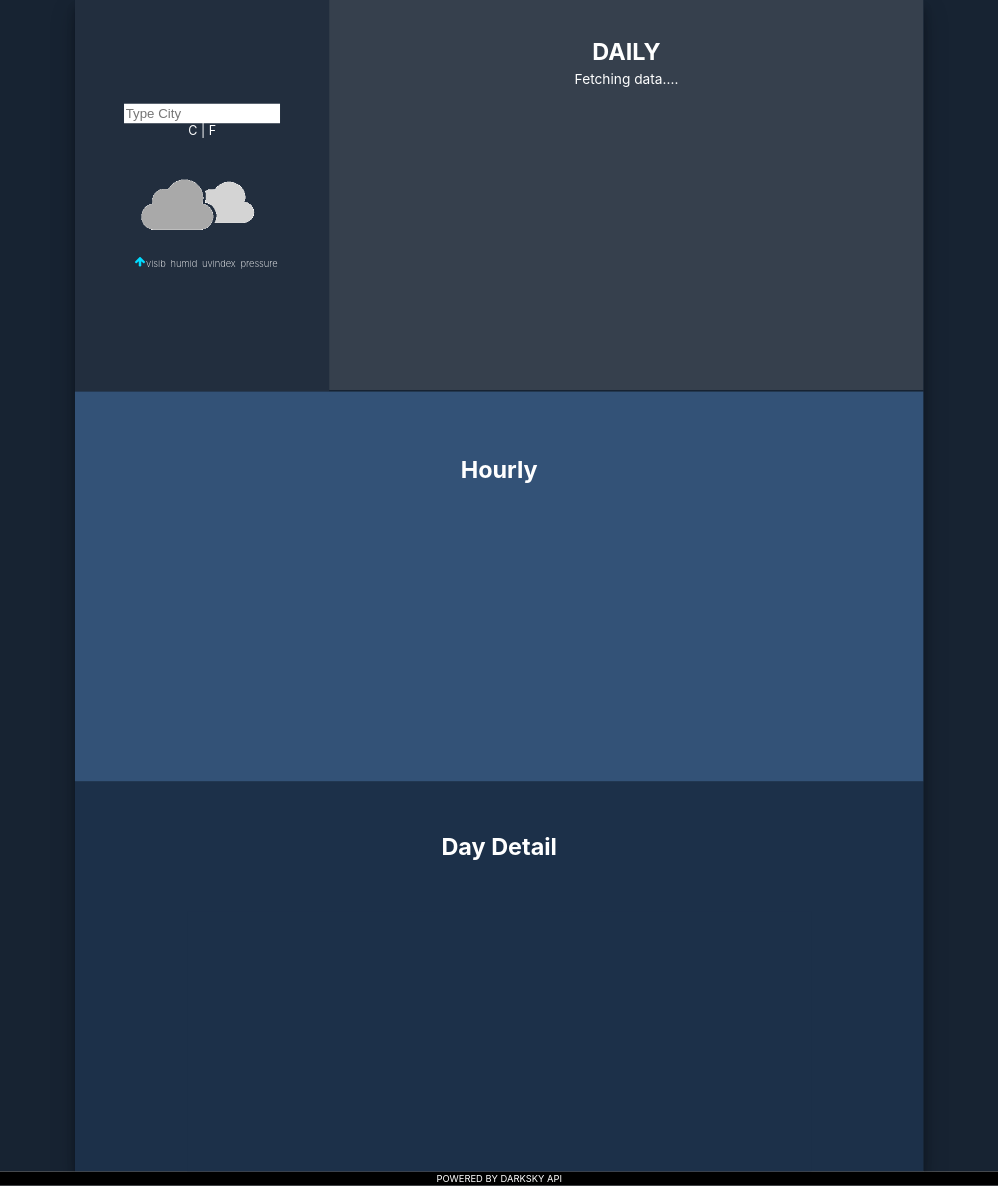
Repository: DOODpls/assignment3_weather
Page: index.html
An editor plug-in stored every save of this project. The page is shown before and after the next save, followed by the edit.
The browser window is 1280 px wide. The pictures show the whole page, at 78% of full size.
Some web fonts or font styles are not loaded; a fallback is used. Some web libraries are served in a nearby version.

Above is the page before, as saved 2020-01-07 19:21:27.

### index.html
<!DOCTYPE html>
<html lang="en">
    <head>
        <meta charset="UTF-8" />
        <meta name="viewport" content="width=device-width, initial-scale=1.0" />
        <meta http-equiv="X-UA-Compatible" content="ie=edge" />
        <script src="https://ajax.googleapis.com/ajax/libs/jquery/1/jquery.min.js" type="text/javascript"></script>
        <script src="https://ajax.googleapis.com/ajax/libs/jqueryui/1.10.3/jquery-ui.min.js"></script>
        <title>The Weathering</title>
        <link rel="shortcut icon" href="./icons/favicon.ico" />
        <link
            rel="stylesheet"
            href="https://cdnjs.cloudflare.com/ajax/libs/bulma/0.7.5/css/bulma.min.css"
            integrity="sha256-vK3UTo/8wHbaUn+dTQD0X6dzidqc5l7gczvH+Bnowwk="
            crossorigin="anonymous"
        />
        <link
            rel="stylesheet"
            href="https://cdnjs.cloudflare.com/ajax/libs/open-iconic/1.1.1/font/css/open-iconic.min.css"
            integrity="sha256-CfN2r6i/dqkUHVRqpBzO3w21SnIWalwGfj5ScBPVzmI="
            crossorigin="anonymous"
        />
        <link rel="stylesheet" href="styles.css" />
    </head>
    <body>
        <div class="page">
            <div class="main-container">
                <div class="today-container">
                    <div class="today-stage">
                      <form action="" method="post" name="form_citydetails" id="form_citydetails" enctype="multipart/form-data" onsubmit="return false;">
                        <input class="ff_elem city-text" type="text" name="ff_nm_from[]" value="" id="f_elem_city" placeholder="Type City" onkeydown="search(this)"/>
                        </form>
                      <div class="unitswitcher">
                        <div class="celcius" id='cell'>C</div>
                        <br>
                        <p>&nbsp;|&nbsp;</p>
                        <div class="farenheight" id="farr">F</div>
                      </div>
                        <div class="info-holder">
                          <div class="preload"></div>
                          <canvas id="icon0" width="150" height="150"></canvas>
                          <p class="city"></p>
                          <p class="today-temp"></p>
                          <p class="today-description"></p>
                          <p class="today-minmax"></p>
                          <div class="sub-info">
                          <p class="app-temp"></p>
                          <div class="wind-holder">
                            <p class="wind-speed"></p>
                            <div class="wind-direction"></div>
                          </div>
                          <p class="visibility">visib</p>
                          <p class="humidity">humid</p>
                          <p class="uvindex">uvindex</p>
                          <p class="pressure">pressure</p>
                          </div>
                        </div>
                    </div>
                </div>

                <div class="week-container">
                  <p class="daily-title">DAILY</p>
                  <p class="week-summary">Fetching data....</p>
                  <div class="week-stage" id="week-stages">
                  </div>
                </div>
                <div class="hourly-container">
                  <p class="daily-title">Hourly</p>
                  <div class="hourly-row"></div>
                </div>
                <div class="day-details">
                  <div class="titlebar">
                    <p class="daily-title">Day Detail</p>
                    <p class="day-summ"></p>
                  </div>
                  <div class="summary-flex">
                  <div class="melovesomeclouds">
                    <p class="habanero"></p> <!-- have to name it like this bc for some readon uvindex(whatever) wont work  -->
                    <p class="cloud-cover"></p>
                  </div>

                  <div class="sunny">
                    <p class="sunrise"></p>
                    <p class="sunset"></p>
                  </div>

                  <div class="airwater">
                    <p class="humidity2"></p>
                    <p class="dew-point"></p>
                  </div>

                  <div class="wind">
                    <p class="ave-windspeed"></p>
                    <p class="ave-windgust"></p>
                  </div>
                </div>
                </div>
            </div>
        </div>
        <footer class="foooterrr">
          <a href="https://darksky.net/dev">POWERED BY DARKSKY API</a>
        </footer>
        <script src="./skycons.js"></script>
        <script src="./app.js"></script>
    </body>
</html>

### styles.css

.page {
  display: flex;
  color: white;
  justify-content: center;
  flex-wrap: wrap;
  background-color: #172332;
  width: 100%;
  height: 100%;
  overflow: hidden;
}
.main-container {
  height: 100%;
  width: 85vw;
  overflow-y: hidden;
  box-sizing: content-box;
  display: flex;
  justify-content: flex-start;
  flex-wrap: wrap;
  box-shadow: 0 14px 28px rgba(0, 0, 0, 0.25), 0 10px 10px rgba(0, 0, 0, 0.22);
}
.today-container {
  flex: 30%;
  display: flex;
  height: 502px;
  background: #222e3e;
  justify-content: center;
  align-items: center;
  overflow: hidden;
}
.unitswitcher{
  color: white;
  display: flex;
  justify-content: center;
}
.celcius, .farenheight{
  text-decoration: none;
  color: white;
}
.celcius:hover, .farenheight:hover{
  color: rgb(161, 161, 161);
}
.ui-helper-hidden-accessible{
  visibility: hidden;
  position: absolute;
}


.ui-autocomplete {
  position: absolute;
  top: 100%;
  left: 0;
  z-index: 1000;
  float: left;
  display: none;
  min-width: 160px;
  padding: 4px 0;
  margin: 0 0 10px 25px;
  list-style: none;
  background-color: #36404d;
  border-color: #ccc;
  border-color: rgba(0, 0, 0, 0.2);
  border-style: solid;
  border-width: 1px;
  -webkit-border-radius: 5px;
  -moz-border-radius: 5px;
  border-radius: 5px;
  -webkit-box-shadow: 0 5px 10px rgba(0, 0, 0, 0.2);
  -moz-box-shadow: 0 5px 10px rgba(0, 0, 0, 0.2);
  box-shadow: 0 5px 10px rgba(0, 0, 0, 0.2);
  -webkit-background-clip: padding-box;
  -moz-background-clip: padding;
  background-clip: padding-box;
  *border-right-width: 2px;
  *border-bottom-width: 2px;
}

.ui-menu-item > a.ui-corner-all {
  display: block;
  padding: 3px 15px;
  clear: both;
  font-weight: normal;
  line-height: 18px;
  color: #ffffff;
  white-space: nowrap;
  text-decoration: none;
}

.ui-state-hover, .ui-state-active {
  color: #ffffff;
  text-decoration: none;
  background-color: #0088cc;
  border-radius: 0px;
  -webkit-border-radius: 0px;
  -moz-border-radius: 0px;
  background-image: none;
}


.preload{
  background-image: url(./preloader.gif);
  height: 170px;
  width: 170px;
  background-size: 170px;
  position: absolute;
  top: 0;
  display: none;
}
.today-stage {
    position: relative;
    /* background: rgba(0, 0, 0, 0.2); */
}
/* #icon1{
  background-image: url(./preloader.gif);
  background-size: 150px;
} */
.today-icon {
    font-size: 140px;
    opacity: 0.17;
}
.city{
  transition-duration: .5s;
}
.today-temp {
    font-weight: 900;
    font-size: 50px;
    transition-duration: .5s;
}

.info-holder{
  display: flex;
  flex-direction: column;
  justify-content: center;
  align-items: center;
  position: relative;
}
.city-text{
  border-radius: 0px;
  width: 200px;
  height: 25px;
  font-family: Arial, Helvetica, sans-serif;
  font-size: 17px;
  color: #555;
  border: none;
  box-sizing: border-box;
  position: absolute;
  top: -22px;
}
.sub-info{
  display: flex;
  justify-content: space-around;
  flex-direction: row;
  flex-wrap: wrap;
  width: 200px;
  transition-duration: .5s;
}
.app-temp{
    font-weight: 200;
    font-size: 12px;
}
.visibility{
  font-weight: 200;
  font-size: 12px;
}
.humidity{
  font-weight: 200;
  font-size: 12px;
}
.uvindex{
  font-weight: 200;
  font-size: 12px;
}
.pressure{
  font-weight: 200;
  font-size: 12px;
}
.today-minmax {
    font-weight: 400;
    font-size: 18px;
    opacity: 0.4;
    left: 0;
    transition-duration: .5s;
}
.today-description {
    font-weight: 400;
    font-size: 18px;
    transition-duration: .5s;
}
.wind-holder{
  display: flex;
  flex-direction: row;
}
.wind-direction{
    background-image: url('./icons/general_icon/arrow-up.svg');
    height: 13px;
    width: 13px;
    background-size: 13px;
    position: relative;
    left: 5px;
    transition-duration: .5s;
}
.wind-speed{
    font-weight: 200;
    font-size: 12px;
}
.week-container {
    flex: 70%;
  height: 500px;
  width: auto;
  background-color: #36404d;
  display: flex;
  justify-content: center;
  flex-direction: column;
  align-items: center;
}
.week-summary{
  font-size: 1.1em;
  height: auto;
  width: auto;
  margin-left: 20px;
  margin-right: 20px;
  margin-bottom: 20px;
  transition-duration: .5s;
}
.week-stage {
  height: 320px;
  width: auto;
  display: flex;
  justify-content: space-between;

}


/* Track */
.week-day-container {
    height: auto;
    width: 100px;
    margin-left: 20px;
    margin-right: 20px;
    display: flex;
    flex-direction: column;
    justify-content: space-aroud;
    align-items: center;
    position: relative;
    transition-duration: .5s;
}
.week-day-container:hover{
  opacity: .5;
}
@media (max-width:1890px){
  .week-stage {
  width: 80vmin;
  overflow-x: scroll;
  overflow-y: hidden;
  }

}


.week-day-container p {
    font-weight: 400;
    font-size: 12px;
    color: white;
}

.week-day-container span {
    opacity: 0.17;
    font-size: 24px;
    margin: 0;
}
.hourly-container{
  height: 500px;
  width: 100%;
  background-color: #335277;
  display: flex;
  justify-content: center;
  flex-direction: column;
  align-items: center;
}
.hourly-row{
  display: flex;
  flex-direction: row;
  width: 1500px;
  overflow-x: scroll;
  overflow-y: hidden;
  height: 300px;
}

.hourly-cards{
  font-weight: 400;
    font-size: 12px;
    color: white;
    width: 150px;
    display: flex;
    flex-direction: column;
    justify-content: center;
    align-items: center;
    margin-left: 20px;
  margin-right: 20px;
  transition-duration: .5s;
}
.hourly-cards p{
  font-weight: 400;
    font-size: 12px;
    color: white;
}
.loopwind{
  width: auto;
  display: flex;
  flex-direction: row;
  align-items: center;
}
.arrow-rotator{
  background-image: url('./icons/general_icon/arrow-up.svg');
  height: 10px;
  width: 10px;
  background-size: 10px;
  position: relative;
  margin-right: 5px;
  transition-duration: .5s;
}

@media (max-width:1800px){
  .hourly-row{
    width: 80vw;
  }
}

/* width */
::-webkit-scrollbar {
  width: 10px;
  height: 10px;
  border-radius: 20px;
}

/* Track */
::-webkit-scrollbar-track {
  background: #f1f1f1;
  border-radius: 20px;
}

/* Handle */
::-webkit-scrollbar-thumb {
  background: #888;
  border-radius: 20px;
}

/* Handle on hover */
::-webkit-scrollbar-thumb:hover {
  background: #555;
}
.day-details{
  display: flex;
  justify-content: space-around;
  flex-direction: column;
  align-items: center;
  width: 100%;
  height: 500px;
  background-color: #1c3049;
}

.titlebar{
  display: flex;
  flex-direction: column;
  align-items: center;
  justify-content: center;
  align-content: space-between;
  height: 250px;
  margin-left: 10px;
  margin-right: 10px;
  text-align: center;
}
.daily-title{
  font-size: 30px;
  font-weight: bold;
}
.day-summ{
  font-size: 20px;
  position: relative;
  top: 30px;
}
.wind, .airwater, .sunny, .melovesomeclouds{
  font-size: 20px;
  font-weight: bold;
  width: 300px;
  transition-duration: .5s;
  text-align: center;
}
.summary-flex{
  display: flex;
  justify-content: space-around;
  align-items: center;
  flex-wrap: wrap;
  width: 800px;
  height: 500px;
  background-color: #1c3049;
  transition-duration: .5s;
}

@media (max-width: 950px){
  .summary-flex{
    width: 100%;
    margin-right: 5px;
    margin-left: 5px;
  }

}

@media (max-width:705px){
  .wind, .airwater, .sunny, .melovesomeclouds{
    font-size: 20px;
    font-weight: bold;
    display: flex;
    justify-content: center;
    flex-direction: column;
    align-items: center;
    margin-left: 10px;
    margin-right: 10px;
  }

  .main-container {
    width: 100%;
  }
  .week-container{
    flex: none;
    width: 100%;
  }
  .week-stage, .hourly-row{
    width: 90%;
  }
}
@media (max-width:260px){
  .city-text{
    width: 100%;
  }
}
.foooterrr{
  background-color: black;
  color: white;
  font-size: 12px;
  display: flex;
  justify-content: center;
  flex-direction: column;
  align-items: center;
}
a{
  text-decoration: none;
  color: white;
}

Loaded but not shown: skycons.js (726 lines, source omitted); app.js (331 lines, source omitted)

After the next save:
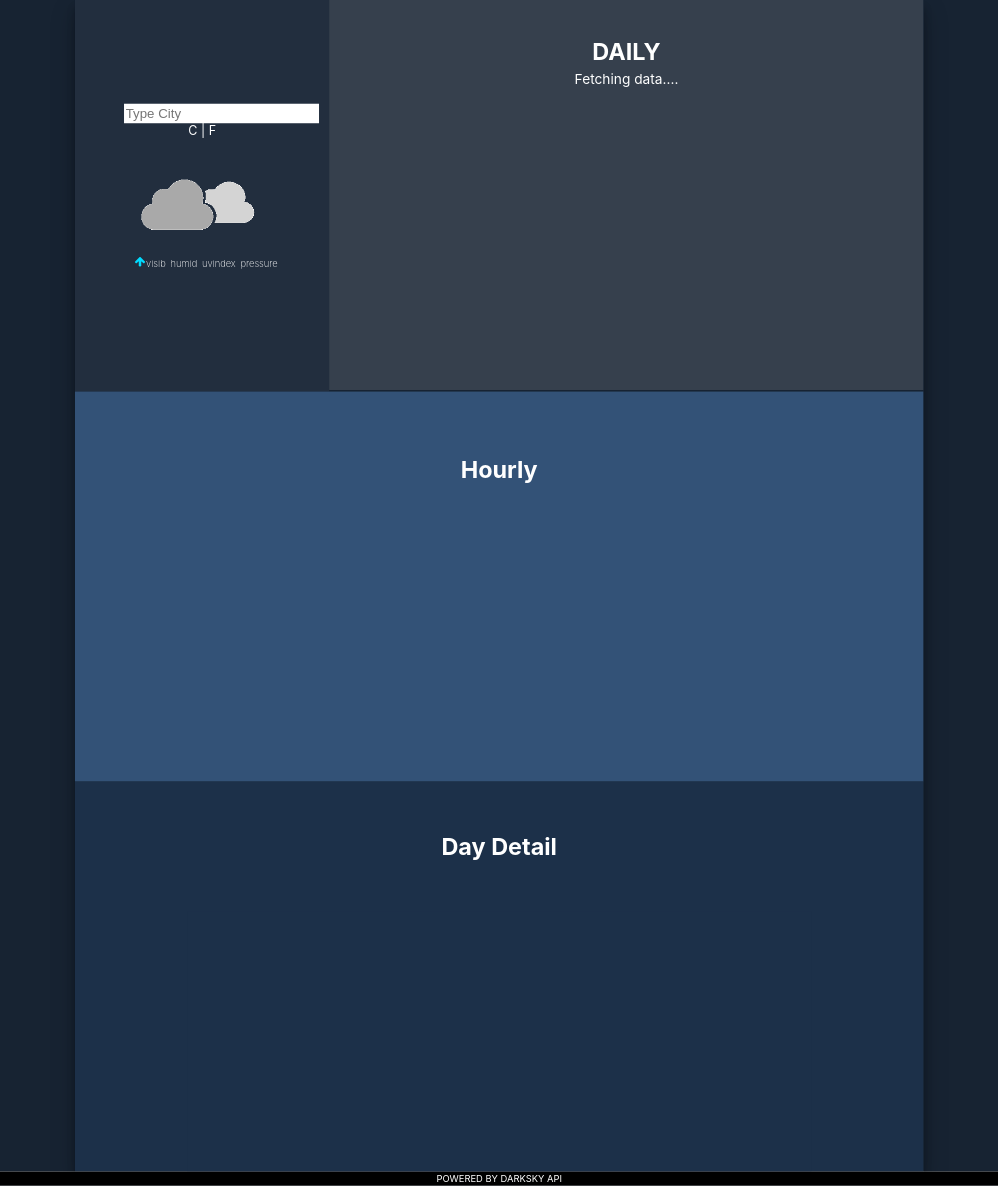
Saved 5 s later.
--- a/styles.css
+++ b/styles.css
@@ -136,7 +136,7 @@
 }
 .city-text{
   border-radius: 0px;
-  width: 200px;
+  width: 250px;
   height: 25px;
   font-family: Arial, Helvetica, sans-serif;
   font-size: 17px;
